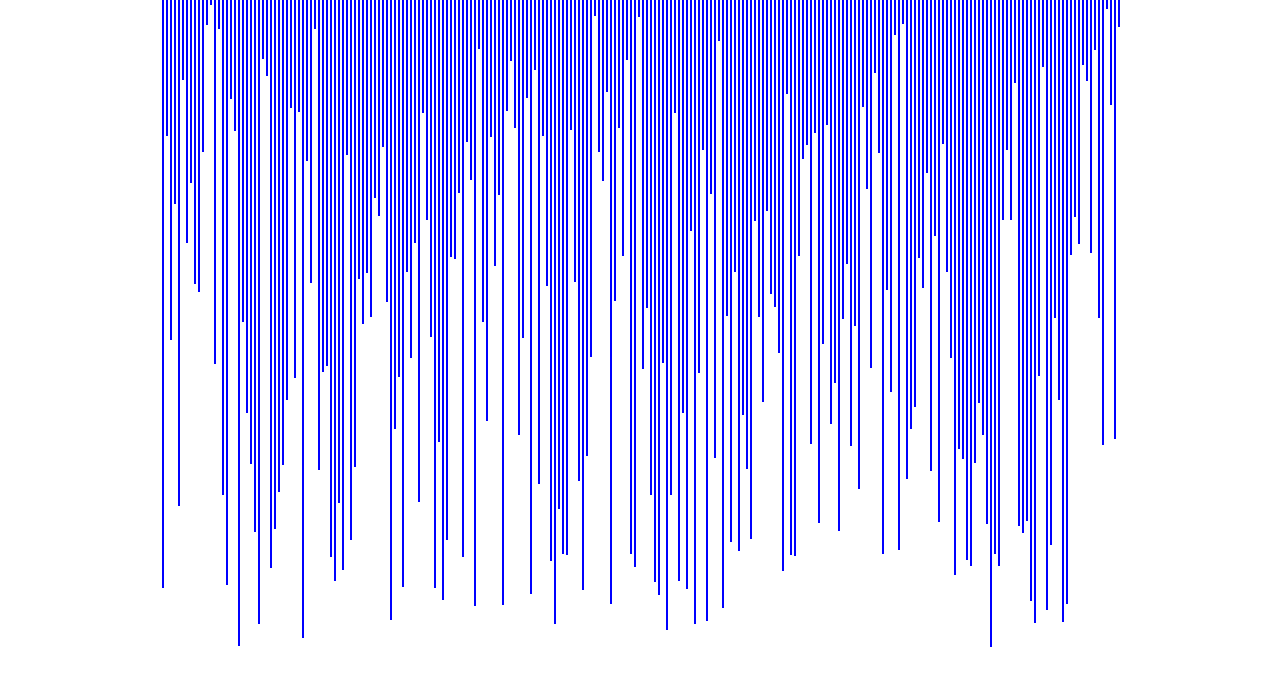
Repository: rehans-Life/sorting-visualizer
Page: /
An editor plug-in stored every save of this project. The page is shown before and after the next save, followed by the edit.
The browser window is 1280 px wide. The pictures show the whole page.
The project was rebuilt for these pictures with package versions that can differ from the ones it lists, and the page was loaded fresh each time. The framework's server and built-in components were replaced by stand-ins that run in the browser. Also part of the build but not shown: next.config.js.

Above is the page before, as saved 2023-03-17 18:27:03.

After the next save:
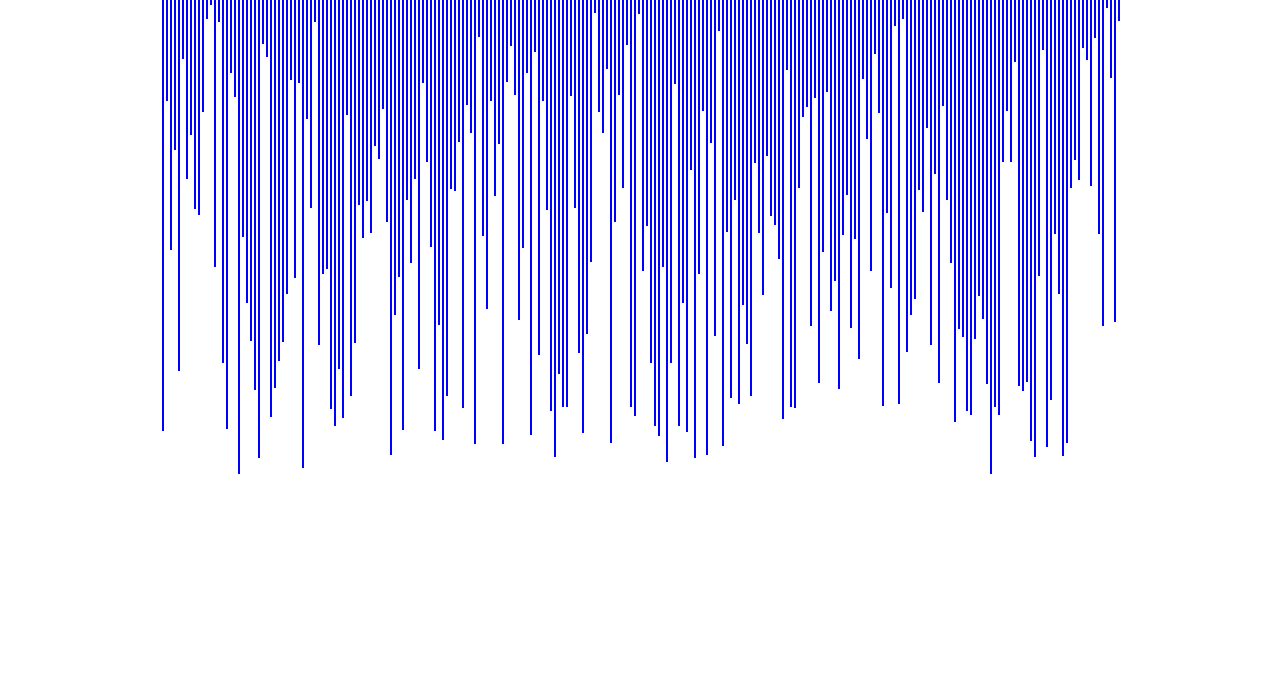
Saved 14 s later.
--- a/pages/index.js
+++ b/pages/index.js
@@ -27,7 +27,7 @@ export default function Home() {
   useEffect(() => {
     const findBars = () => {
       let width = arrRef.current.clientWidth;
-      let height = containerRef.current.clientHeight / 1.1;
+      let height = containerRef.current.clientHeight / 1.5;
       let bars = Math.floor(width / 4);
       setBars(bars);
       setHeight(height);
